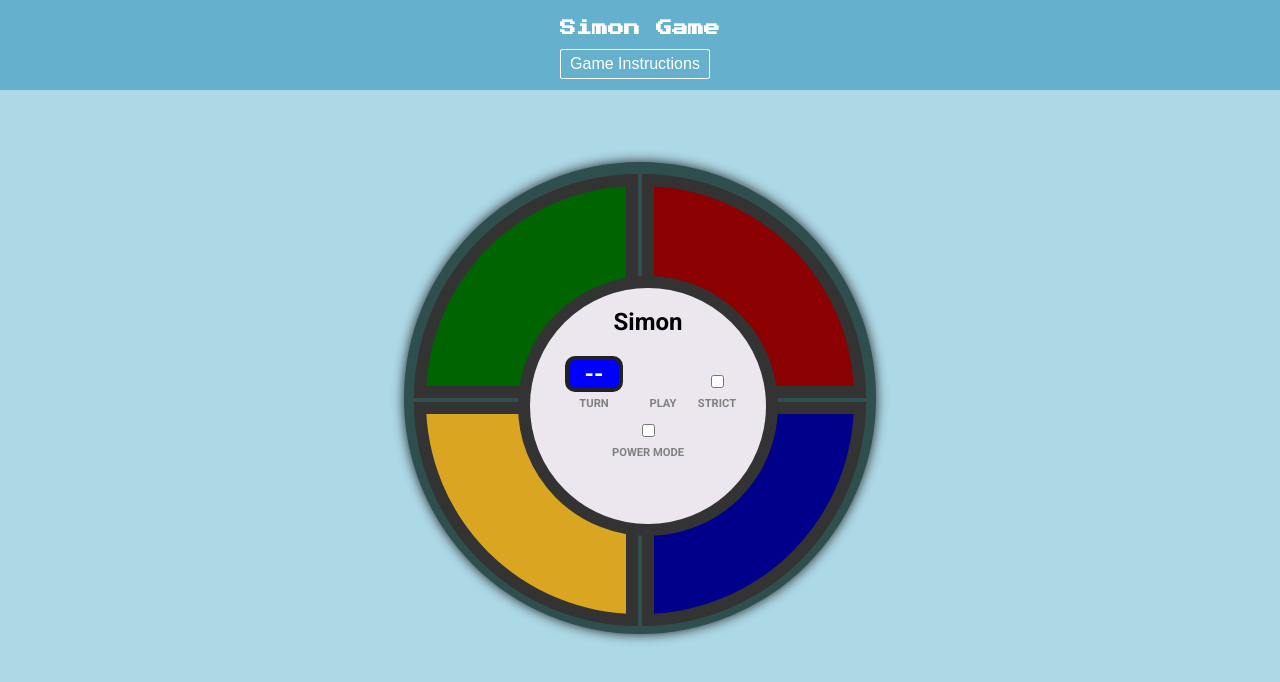
Repository: bbarbara19/memorygame
Page: index.html
The author's editor kept a record of every edit. The page is drawn from the files as they stood at one moment, then again after the next edit.
The browser window is 1280 px wide. The pictures show the whole page.
Some web libraries are served in a nearby version.

Above is the page before.

After the next edit:
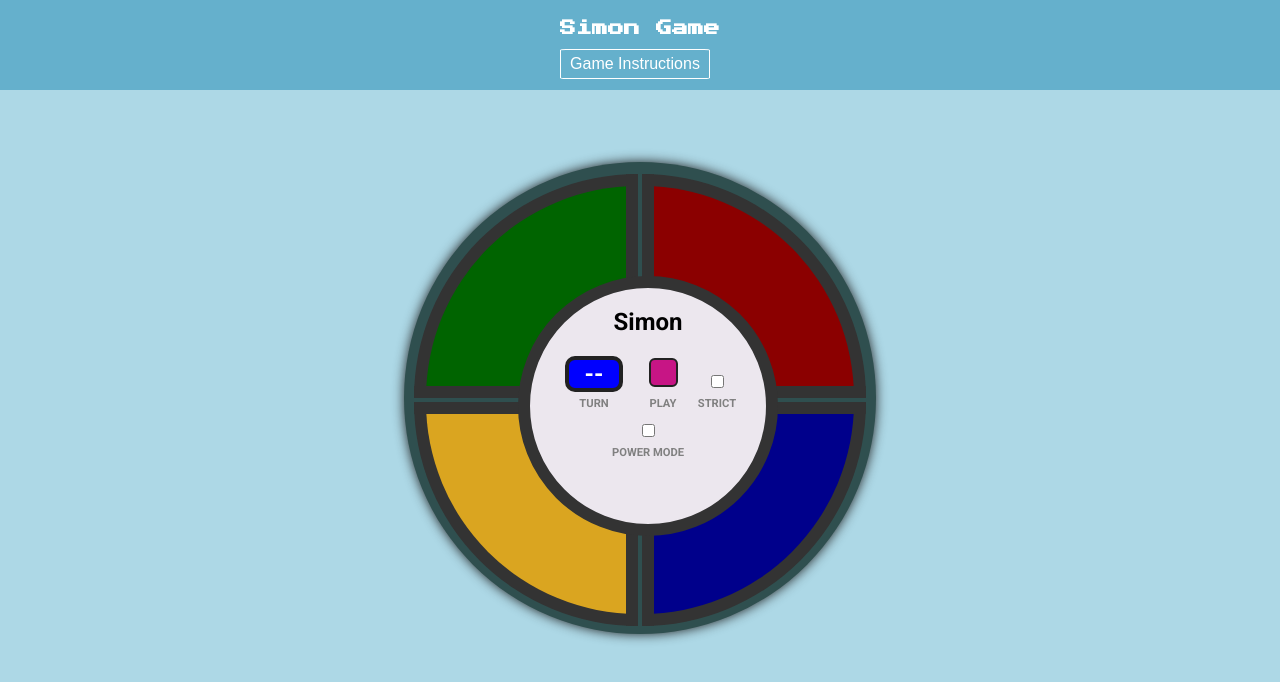
The edit:
--- a/style.css
+++ b/style.css
@@ -142,7 +142,7 @@
   margin:auto;
 }
 
-.round-btn{
+.play-btn{
   width : 25px;
   height : 25px;
   position: relative;
